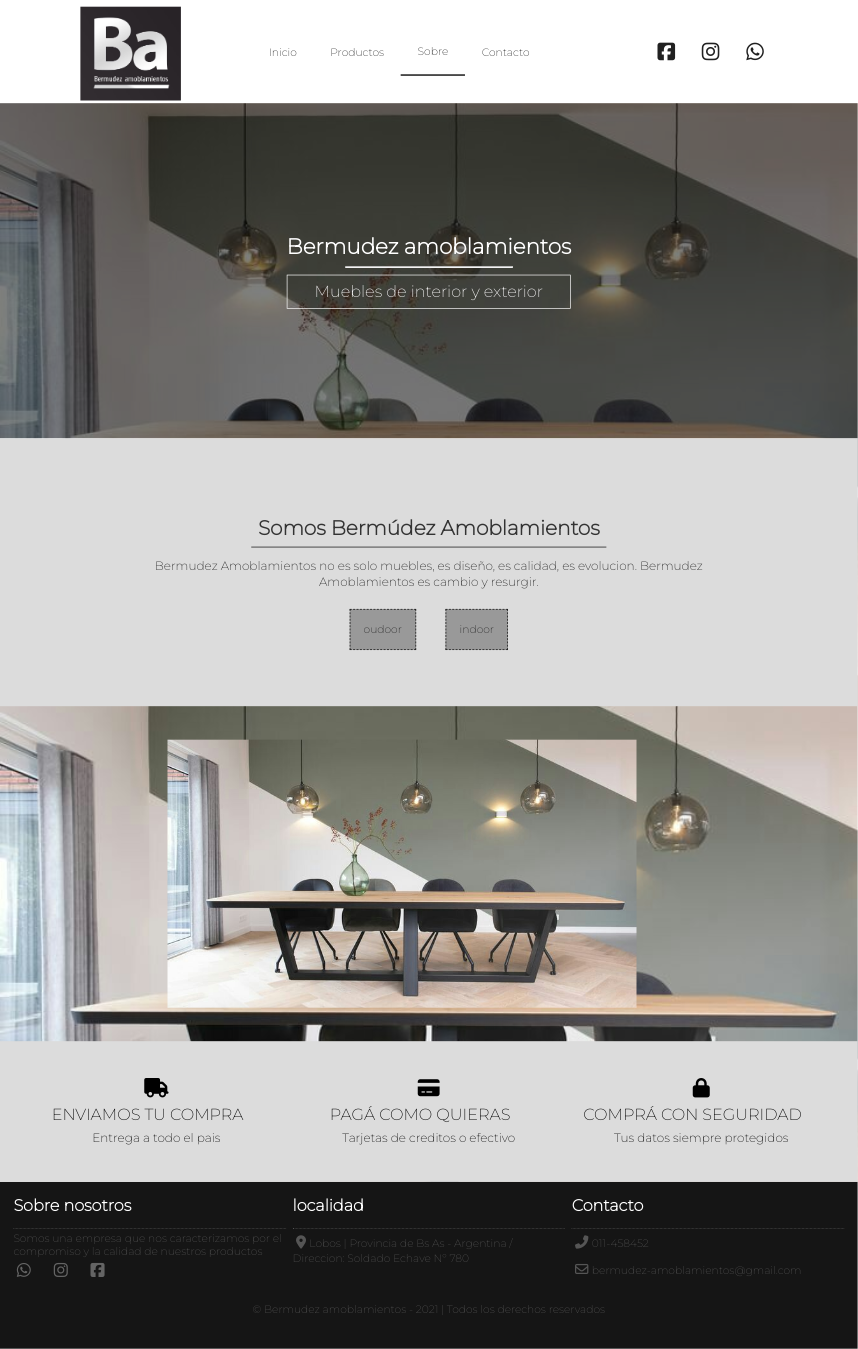
Repository: DamianBermudez94/Bermudez-amoblamientos
Page: index.html
The author's editor kept a copy of each file at every save. The page is drawn from the files as they stood at one save, then again after the next save.
The browser window is 1280 px wide. The pictures show the whole page, at 67% of full size.
Backgrounds fixed to the window are drawn as part of the page. Some web libraries are served in a nearby version.

Above is the page before, as saved 2022-09-22 18:59:34.

### index.html
<!DOCTYPE html>
<html lang="es">
<head>
    <meta charset="UTF-8">
    <meta http-equiv="X-UA-Compatible" content="IE=edge">
    <meta name="viewport" content="width=device-width, initial-scale=1.0">

    <title>Bermudez-Amoblamientos</title>
    <link rel="shortcut icon" href="Imagenes/favicon (1).jpg" type="image/x-icon">
    <!--Estilos-->
    <link rel="preconnect" href="https://fonts.googleapis.com">
    <link rel="preconnect" href="https://fonts.gstatic.com" crossorigin>
    <link href="https://fonts.googleapis.com/css2?family=Montserrat:wght@200&display=swap" rel="stylesheet">
    <script src="https://kit.fontawesome.com/bdbed0aafa.js" crossorigin="anonymous"></script>
    <link rel="preconnect" href="https://fonts.gstatic.com">
    <link href="https://fonts.googleapis.com/css2?family=Roboto:ital,wght@0,300;0,400;1,100;1,300;1,700&display=swap" rel="stylesheet">
    <!--Componente del header-->
    <script defer src="./header/header.js"></script>
    <link rel="stylesheet" href="./header/header.css">

    <!--Componente del footer-->
    <script defer src="./footer/footer.js"></script>
    <link rel="stylesheet" href="./footer/footer.css">

    <script defer src="slider.js"></script>
    <!--Estilos del index-->
    <link rel="stylesheet" href="index.css">
    <script defer src="index.js"></script>

</head>
<body>
    <!--Ir arriba-->
    <div class="go-top">
        <span><i class="fas fa-chevron-up"></i> <a href="https://www.whatsapp.com"><i class="fab fa-whatsapp"></i></a></span>
    </div>
    <header class="header">

    </header>
    <main class="main" >
        <section class="welcome">
            <div class="welcome__container">
                <h1 class="welcome__title">Bermudez amoblamientos</h1>
                <hr class="linea-title">
                <p class="welcome__sub-title">Muebles de interior y exterior</p>

            </div>
        </section>


        <section class="sobre-nosotros">
            <div class="container-tip">
                <h2 class="title-somos-nosotros">Somos Bermúdez Amoblamientos</h2>

                <p class="title-parrafo">Bermudez Amoblamientos no es solo muebles, es diseño, es calidad, es evolucion. Bermudez Amoblamientos es cambio y resurgir.</p>
                <div class="enlaces">
                    <a class="btn-enlaces" href="oudoor.html">oudoor</a>
                    <a class="btn-enlaces" href="indoor.html">indoor</a>
                </div>
            </div>
        </section>
        <!--Seccion Productos-->

            <section class="section-slider">
                <div class="flexslider">
                    <div class="slider" id="slider">
                        <div class="slider-section">
                            <img class="slider-img" src="./indoor/img-indoor/imagenes-indoor/IMG-20210325-WA0018.jpg" alt="">
                            <!--<section class="flex-slider">
                              <h2 class="slider-title">Productos al 50%</h2>
                              <p class="slider-txt">Ofertas</p>
                              <a href="" class="slider__link">Comprar</a>
                            </section>-->
                        </div>
                        <div class="slider-section">
                            <img class="slider-img" src="./indoor/img-indoor/imagenes-indoor/IMG-20210325-WA0019.jpg" alt="">
                            <!--<section class="flex-slider">
                              <h2 class="slider-title">Productos al 50%</h2>
                              <p class="slider-txt">Ofertas</p>
                              <a href="" class="slider__link">Comprar</a>
                            </section>-->

                        </div>
                        <div class="slider-section" >
                            <img class="slider-img" src="./indoor/img-indoor/imagenes-indoor/IMG-20210325-WA0028.jpg" alt="">
                            <!--<section class="flex-slider">
                              <h2 class="slider-title">Productos al 50%</h2>
                              <p class="slider-txt">Ofertas</p>
                              <a href="" class="slider__link">Comprar</a>
                            </section>-->

                        </div>
                    </div>
                    <!--<span class="btn-slider slider_btn-right" id="btn-right"><i class="fas fa-chevron-right"></i></i></span>
                    <span class="btn-slider slider_btn-left" id="btn-left"><i class="fas fa-chevron-left"></i></span>-->
                </div>
            </section>
                <!--<div class="container-editor">
                    <div class="editor__item">
                        <img src="Imagenes/IMG-20210325-WA0014.jpg" alt="" class="editor-img">
                        <p class="editor-circle">Muebles de interior</p>
                    </div>
                    <div class="editor__item">
                        <img  src="Imagenes/IMG-20210325-WA0026.jpg" alt="" class="editor-img">
                        <p class="editor-circle">Muebles de exterior</p>
                    </div>
                </div>-->
            <!--Seccion tips de compras -->
            <section class="container-tips">
                <div class="tip">
                    <i class="tip-icon fas fa-truck"></i>
                    <h2 class="tip-title">ENVIAMOS TU COMPRA</h2>
                    <p class="parrafo-tips">Entrega a todo el pais</p>

                   <!-- <a href="" class="btn-tip">Comprar</a>
                  <a href="" class="btn-tip">comprar</a>
                  <a href=""class="btn-tip">Comprar</a>-->
                </div>
                <div class="tip">
                    <i class="fas fa-credit-card"></i>
                    <h2 class="tip-title">PAGÁ COMO QUIERAS</h2>
                    <p class="parrafo-tips">Tarjetas de creditos o efectivo</p>

                </div>
                <div class="tip">
                    <i class="fas fa-lock"></i>
                    <h2 class="tip-title">COMPRÁ CON SEGURIDAD</h2>
                  <p class="parrafo-tips">Tus datos siempre protegidos</p>
                </div>

            </section>

    </main>
    <!--Footer-->

    <footer class="footer">

    </footer>
</body>
</html>

### header/header.css
/** Estilos del header **/

.header {
 background-color: #fff;

}

.main-header .container {
  position: fixed;
  top: 0;
  left: 0;
  width: 100%;
  height: 30%;
  display: flex;
  align-items: center;
  justify-content: space-between;
  background: #fff;
  z-index: 9999999999;
  padding: 50px;
}

.main-header__container {
  width: 100%;
  display: flex;
  justify-content:space-between;
  padding: 50px;
}
.redes-sociales {
  color: #212121;
  font-size: 50px;
  margin: 5px;
}

.redes-sociales:hover {
  color: #154f66;
}

.main-header__container-redes {
  display: none;

}

.title-img {
  object-fit: cover;
  width: 100%;
  height: 100px;

}
.img_title {
  position: relative;
  top: 0;
  left: 10px;
}

/** Estilos del Menu **/
.main-nav {
  opacity: 0;
  visibility: hidden;
  transition: all 0.5s;
  z-index: 9999999;
}
.mostrar {
  opacity: 1;
  visibility: visible;
}

.menu {
  position: absolute;
  top: 120px;
  left: 0;
  background: #212121;
  width: 100%;
  list-style: none;
  margin: 0;
  padding: 0;
}
.menu__items {
  margin: auto;
}

.menu-link {
  padding: 25px;
  border-bottom: 1px solid #646464;
  color: #fff;
  text-decoration: none;
  display: block;
}
.menu-link:hover {
  background: #000;
  color: #fff;
}

.sub-menu {
  display: none;
}

.sub-link {
  padding-left: 45px;
  border-bottom: 1px solid #646464;
  text-decoration: none;
  color: #fff;
  display: block;
  font-weight: 300;
  font-size: 16px;
}
.sub-link:hover {
  background: #000;
  color: #fff;
  width: 100%;
}
.sub-items .sub-link {
  list-style: none;
  margin: 0 10px;
  padding: 25px 0;
  padding-left: 48px;
}

.main-header__btn {
  border: 1px solid #000;
  display: block;
  padding: 10px 30px;
  color: #000;
  margin: 10px 0;
  text-decoration: none;
}
.btn-menu{
  position: relative;
  top: 35px;
  left: 95px;
  cursor: pointer;
  transition: all 0.5s ease-in-out ;
}
.menu-btn_burger{
  width: 30px;
  height: 3px;
  position: relative;
  top: 20px;
  left: 20px;
  border-radius: 5px;
  background-color: #000;
  transition: all 0.5s ease-in-out;
}
.menu-btn_burger::before,
.menu-btn_burger::after{
 content: "";
 position: absolute;
 top:0;
 left: 0;
 width: 30px;
 height: 3px;
 background-color: #000;
 border-radius: 5px;
 transition: all 0.5s ease-in-out;
}
.menu-btn_burger::before{
  transform: translateY(-16px);
}
.menu-btn_burger::after{
  transform: translateY(16px);
}
.btn-menu.open .menu-btn_burger {
  transform: translateX(-50px);
  background-color: transparent;
}
.btn-menu.open .menu-btn_burger::before {
  transform: rotate(45deg) translate(35px, -35px);
}
.btn-menu.open .menu-btn_burger::after {
  transform: rotate(-45deg) translate(35px, 35px);
}
@media (min-width: 760px) {


  .main-header__container{
    padding: 50px;

  }
  .main-header__container-redes{
    display: flex;
    justify-content: space-between;
    align-items: center;

  }
  .redes-sociales {
    color: #212121;
    font-size: 25px;
    margin: 10px;
    position: relative;
    top: 0;
    left: 0;
    display: block;
  }
  .menu {
    top: 180px;
  }
  .title-somos-nosotros {
    font-size: 28px;
    text-align: center;
    padding: 10px;
  }
}


@media (min-width: 960px) {

  .main-header__container {
    width: 100%;
    height: 100%;
    display: flex;
    align-items: center;
    justify-content: space-evenly;
    padding: 0 120px 0;


  }

  .main-nav {
    visibility: visible;
    opacity: 1;
    width: 100%;
    right: 25px;
    margin: 0;
  }
  .main-header-link {
    color: #333;
    border-bottom: none;
  }
  .main-header__container .main-nav .menu li a.active {
    border-bottom: 2px solid #000;
  }

  .menu {
    position: static;
    width: 100%;
    display: flex;
    align-items: center;
    justify-content: center;
    background: none;
  }

  .menu__items {
    padding: 0;
    margin: 0;
    display: flex;
  }
  .menu-link {
    color: #212121;
    border-bottom: none;
  }
  .menu-link:hover {
    color: #f7f7f7;
  }

  .main-nav .menu .sub-menu {
    display: none;
    transition: all 0.5s;
  }
  .main-nav .menu .menu__items {
    display: flex;
    justify-content: space-between;
    align-items: center;
  }

  .menu .menu__items:hover .sub-menu {
    display: block;
    position: absolute;
    top: 120px;
    left: 485px;
    width: 300px;
  }

  .sub-link {
    position: relative;
    top: 15px;
    left: 15px;
    width: 300px;
    text-decoration: none;
    color: #151515;
    background: #f7f7f7;
    font-size: 16px;
    transition: all 0.5s;
  }
  .sub-link:hover {
    max-width: 300px;
    color: #fff;
    background: #151515;
  }
  .sub-items {
    list-style: none;
  }

  .title-img {
    object-fit: cover;
    font-size: 24px;
    width: 150px;
    height: 150px;
    padding: 10px 0 0 0;
    margin: 0;
  }
  .img_title {
    position: initial;
  }

  .main-header__container-redes {
    padding: 20px;
  }
  .redes-sociales {
    position: relative;
    top: 0;
    left: 20px;
    margin: 15px;
    padding: 5px;
    font-size: 30px;
    display: block;
  }
  .btn-menu {
    display: none;
  }
}

### footer/footer.css
/** Estilos Del footer **/

.footer {

  padding: 20px;
  background: #151515;
  color: #fff;
}
.redes-footer {
  padding: 15px;
  position: relative;
  top: 0;
  left: -10px;
  font-size: 1.5em;
  color: #646464;
  margin: 0;
  transition: all 0.5s;
}
.redes-footer:hover {
  color: #fff;
}
.footer-txt {
  color: #555;
  padding: 5px 0;
}
.footer-link {
  color: #555;
  text-decoration: none;
  display: block;
  padding: 10px 0;
}

.title-footer {
  border-bottom: 1px dotted #555;
  padding-bottom: 20px;
}
.redes {
  font-size: 20px;
  margin: 5px;
}
.container-copy{
  text-align: center;
  padding: 10px;
}
.copy {
  color: #555;
  margin: 10px 0;
  padding: 10px;
}
@media screen and (min-width:720px) {
  .container-footer {

    display: grid;
    grid-template-columns: repeat(3, 1fr);
    gap: 10px;

  }

}

### index.css
* {
  padding: 0;
  margin: 0;
  box-sizing: border-box;
  font-family: 'Montserrat', sans-serif;
}

/** Go top **/
.go-top {
  position: fixed;
  bottom: 0px;
  right: -100%;
  width: 50px;
  height: 50px;

  background: #fff;
  z-index: 9999;
  display: flex;
  justify-content: center;
  align-items: center;
  cursor: pointer;
  transition: 500ms;
}
.go-top:hover {
  border: 2px solid #fff;
  border-radius: 50%;
  background: rgb(71, 71, 71);
}
.go-top:hover span {
  color: #fff;
}
.go-top > span {
  font-size: 25px;
  color: #000;
}
main{
  background: url("./indoor/img-indoor/imagenes-indoor/IMG-20210325-WA0018.jpg");
  background-attachment: fixed;
  background-position:center;
  background-size:cover;
}

/** Diseño del Welcome**/

.welcome {
  width: 100%;
  height: 500px;
  background-color: rgba(0, 0, 0, 0.5);
  display: flex;
  align-items: center;
  justify-content: center;
  flex-direction: column;
}

.welcome__title {
  font-size: 32px;
  color: #fff;
  font-weight: 700;
  text-align: center;
  margin: 10px;
}

.welcome hr {
  width: 250px;
  margin: auto;
  height: 3px;
  background: #fff;
}
.welcome__sub-title {
  font-size: 24px;
  margin: 10px;
  color: #fff;
  border: 1px solid #fff;
  padding: 10px;

  text-align: center;
}

/** Fin del style**/

/********* Seccion sobre nosotros ****/
.sobre-nosotros{
  width: 100%;
  height: 400px;
}
.container-tip {
  display: flex;
  justify-content: center;
  align-items: center;
  flex-direction: column;
  height: 100%;
  margin: 0;
  padding:10px;
  background-color: #dcdcdc;
}
.title-somos-nosotros {

  font-size: 24px;
  font-weight: bold;
  text-align: center;
  color: #333;
  border-bottom: 1px solid #000;
}

.title-parrafo {
 width: 70%;
  text-align: center;
  font-weight: 400;
  font-size: 18px;
  margin-top: 15px;
  line-height: 24px;
  color: #151515;
}
.enlaces {
  margin-top: 50px;
}
.btn-enlaces {
  width: 100%;
  padding: 20px;
  margin:20px;
  text-decoration: none;
  border: 1px dashed #000;
  transition: all 0.5s;
  cursor: pointer;
  color: #212121;
  background: #999999;
}
.btn-enlaces:hover {
  background: #212121;
  color: #fff;
}


/*****Diseño del slider****/

.flexslider {
  width: 100%;
  height: 500px;
  position: relative;
  overflow: hidden;

}
.slider {
  display: flex;
  width: 300%;
  height: 300px;
  margin-left: -100%;
  position: relative;
}


.slider-section {
  position: relative;
  top: 50px;
  width: 100%;
  display: flex;
  justify-content: center;
  align-items: center;

}

.slider-img {
  position: absolute;
  top: 0;
  width: 300px;
  height: 400px;
  object-fit: cover;

}



/** Seccion tips informaticos **/

.container-tips {
  height: 500px;
  padding: 30px;
  text-align: center;
  background-color: #dcdcdc;
}
.tip-title {
  font-size: 16px;
  font-weight: 300;
}

.tip i {
  font-size: 24px;
  padding: 20px 0;
}
.parrafo-tips {
  font-size: 14px;
  text-align: center;
  font-weight: 300;
  margin-top: 8px;
}

/** Estilo responsive para tablet **/

@media screen and (min-width: 768px) {

  .slider-img {
    width: 600px;
    height: 400px;
    object-fit: cover;

  }
  .container-tips {
    display: grid;
    grid-template-columns: repeat(3, 1fr);
  }
  .tip-icon {
    font-size: 29px;
  }
  .tip-title {
    font-size: 24px;
    font-weight: 700;
  }
  .parrafo-tips {
    font-size: 18px;
  }
  .title-somos-nosotros{
    font-size: 30px;
  }
}

@media (min-width: 1024px) {
  /**header **/
  .header-img {
    display: flex;
    justify-content: center;
    align-items: center;
    margin: 0 auto;
  }
  .header-img .welcome h1 {
    font-size: 50px;
    color: #fff;
    font-weight: 700;

    margin-bottom: 35px;
  }
  .header-img .welcome .linea-title {
    width: 400px;
    height: 5px;
    background: #fff;
    border: none;
    margin-top: -15px;
    text-align: center;
  }
  .header-img .welcome p {
    width: 500px;
    font-size: 30px;
    font-weight: 200;
    color: #fff;
    border: 3px solid #fff;
    padding: 10px;
    margin-top: 30px;
  }

  /** Fin del header **/


  /**** Seccion slider ****/

  .slider-img {
    width: 600px;
    height: 400px;


  }



  /***** Seccion Tips **/
  .container-tips {
    width: 100%;
    height: 100%;
    position: relative;
  }

  .tip-title {
    padding-right: 26px;
    font-weight: 400;
  }
  .tip {
    padding: auto;
    margin: 15px auto;
  }
  .tip i {
    font-size: 29px;
    text-align: center;
    padding: 10px 10px;
  }
  .parrafo-tips {
    font-size: 18px;
    margin: 10px auto;
  }
}
@media screen and (min-width: 1280px) {
  .main-header {
    position: relative;
    width: 100%;
  }
  .main-header .container {
    position: absolute;
    top: 0;
    left: 0;
    width: 100%;
    height: 30%;
    background: #fff;
    display: flex;
    justify-content: space-between;
    align-items: center;
    z-index: 9999999999;
  }
  .container {
    width: 1000px;
    margin: auto;
  }
  .main-header__container:nth-child(3) {
    padding-left: 50px;
  }


  .slider-img {
    width: 700px;
    height: 400px;

  }
}
@media screen and (min-width: 1600px) {
  .main-header {
    position: relative;
    width: 100%;
  }
  .main-header .container {
    position: fixed;
    top: 0;
    left: 0;
    width: 100%;
    height: 30%;
    background: #fff;
    display: flex;
    justify-content: space-between;
    align-items: center;
    z-index: 9999;
  }
  .container {
    width: 1400px;
    margin: auto;
  }
  .main-header__container:nth-child(3) {
    padding-left: 100px;
  }
}

### footer/footer.js
function footerComponet(el) {
  const footerEl = document.createElement("div");
  footerEl.innerHTML = `  <div class="container-footer">
    <div class="footer-section">
        <h2 class="title-footer">Sobre nosotros</h2>
        <p class="footer-txt">Somos una empresa que nos caracterizamos por el compromiso y la calidad de nuestros productos</p>
        <a href="" class="redes-footer"><i class="fab fa-whatsapp"></i></a>
        <a href="" class="redes-footer"><i class="fab fa-instagram"></i></a>
        <a href="" class="redes-footer"><i class="fab fa-facebook-square"></i></a>
    </div>

    <div class="footer-section">
      <h2 class="title-footer">localidad</h2>
      <p class="footer-txt"><i class="fas fa-map-marker-alt redes"></i>Lobos | Provincia de Bs As - Argentina / Direccion: Soldado Echave Nº 780</p>

    </div>
    <div class="footer-section">
      <h2 class="title-footer">Contacto</h2>
      <p class="footer-txt"><i class="fas fa-phone-alt redes"></i>011-458452</p>
      <p class="footer-txt"><i class="far fa-envelope redes"></i>bermudez-amoblamientos@gmail.com</p>
    </div>



  </div>
  <div class="container-copy">
    <p class="copy">&copy; Bermudez amoblamientos - 2021 | Todos los derechos reservados </p>
  </div>
  `;

  el.appendChild(footerEl);
  console.log("sadasdasd", footerEl);
}

### slider.js
// Animacion slider

const slider = document.querySelector("#slider");
let sliderSection = document.querySelectorAll(".slider-section");
let sliderSectionLast = sliderSection[sliderSection.length - 1];

slider.insertAdjacentElement("afterbegin", sliderSectionLast);

function nextRight() {
  let sliderSectionFirts = document.querySelectorAll(".slider-section")[0];

  slider.style.marginLeft = "-200%";
  slider.style.transition = "0.8s ease-in-out";

  setTimeout(function () {
    slider.style.transition = "none";
    slider.insertAdjacentElement("beforeend", sliderSectionFirts);
    slider.style.marginLeft = "-100%";
  }, 1200);
}
function Prev() {
  let sliderSection = document.querySelectorAll(".slider-section");
  let sliderSectionLast = sliderSection[sliderSection.length - 1];
  slider.style.marginLeft = "0";

  setTimeout(function () {
    slider.style.transition = "none";
    slider.insertAdjacentElement("afterbegin", sliderSectionLast);
    slider.style.marginLeft = "-100%";
  }, 1200);
}

/*btnLeft.addEventListener("click", function () {
  Prev();
});
const btnRight = document.querySelector("#btn-right");
const btnLeft = document.querySelector("#btn-left");

btnRight.addEventListener("click", function () {
  nextRight();
});*/

setInterval(function () {
  nextRight();
}, 5000);

### index.js
function main() {
  headertComponet(document.querySelector(".header"));
  footerComponet(document.querySelector(".footer"));

  menu();
}
main();

Loaded but not shown: header/header.js (87 lines, source omitted)

After the next save:
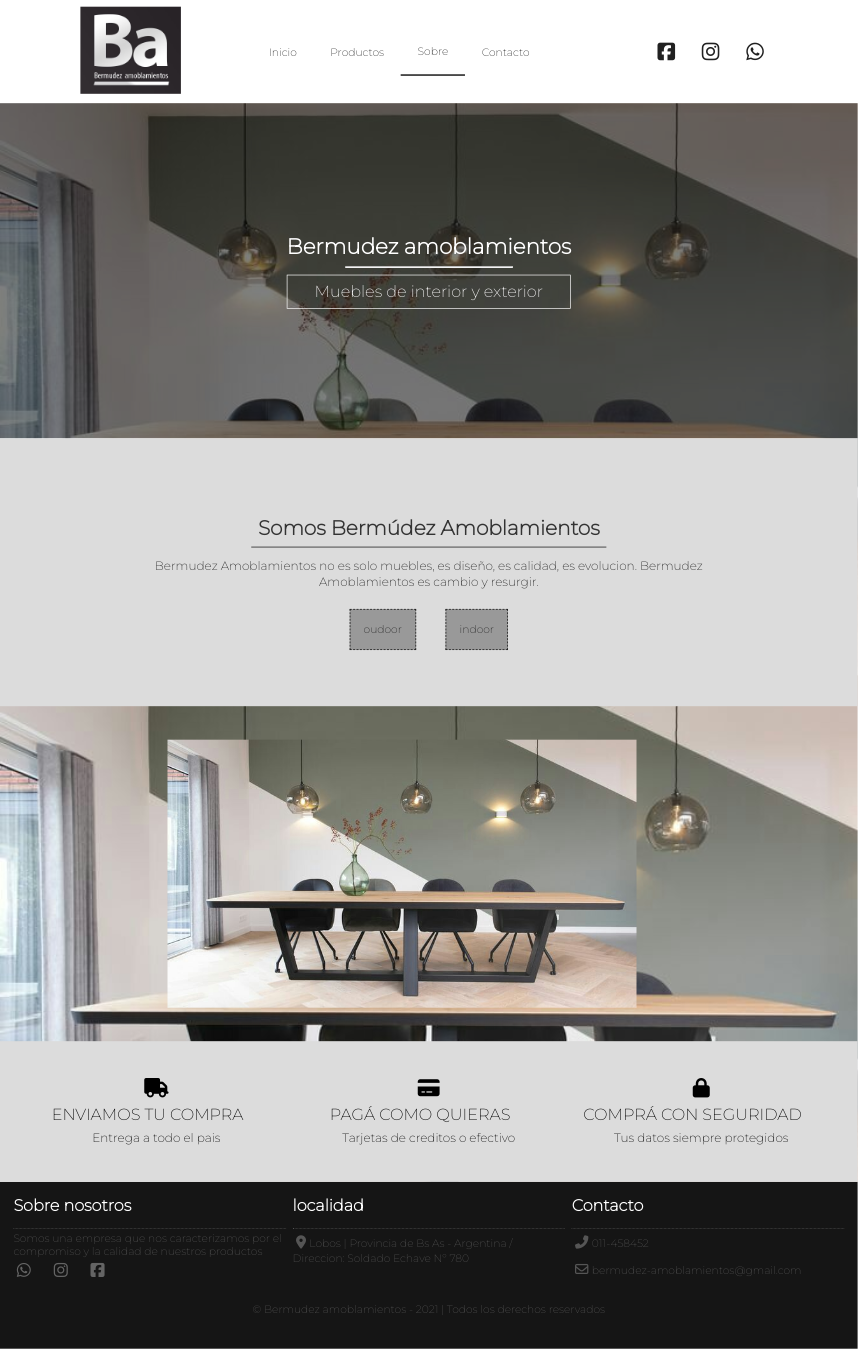
Saved 11 s later.
--- a/header/header.css
+++ b/header/header.css
@@ -294,7 +294,7 @@
     font-size: 24px;
     width: 150px;
     height: 150px;
-    padding: 10px 0 0 0;
+    padding: 10px 0 10px 0;
     margin: 0;
   }
   .img_title {
